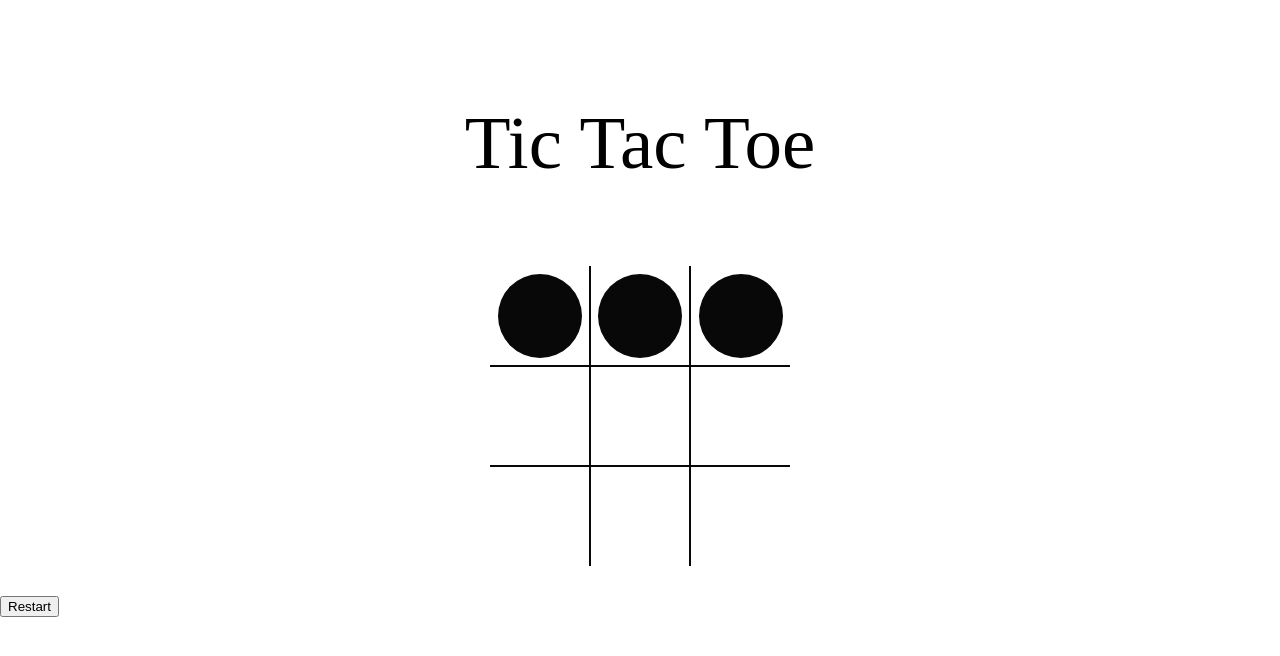
Repository: kkyler24/MCLA
Page: devFiles/TictactoeFiles/ticTacToe.html
An editor plug-in stored every save of this project. The page is shown before and after the next save, followed by the edit.
The browser window is 1280 px wide. The pictures show the whole page.
Some web libraries are served in a nearby version.

Above is the page before, as saved 2020-04-22 23:08:52.

After the next save:
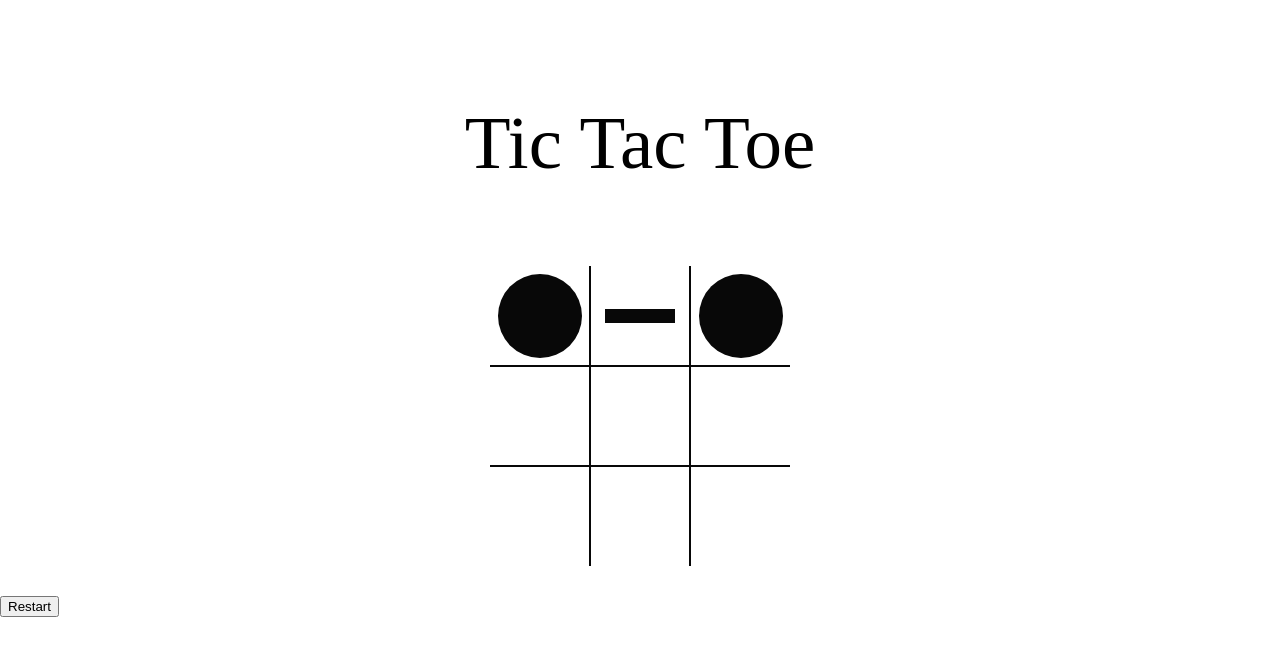
Saved 8 s later.
--- a/devFiles/TictactoeFiles/ticTacToe.html
+++ b/devFiles/TictactoeFiles/ticTacToe.html
@@ -29,7 +29,7 @@
         <h1>Tic Tac Toe</h1>
         <div class="BoardOne" id="BoardOne">
             <div class="cellBOne circle" data-cell></div>
-            <div class="cellBOne circle" data-cell></div>
+            <div class="cellBOne dash" data-cell></div>
             <div class="cellBOne circle" data-cell></div>
             <div class="cellBOne" data-cell></div>
             <div class="cellBOne" data-cell></div>
